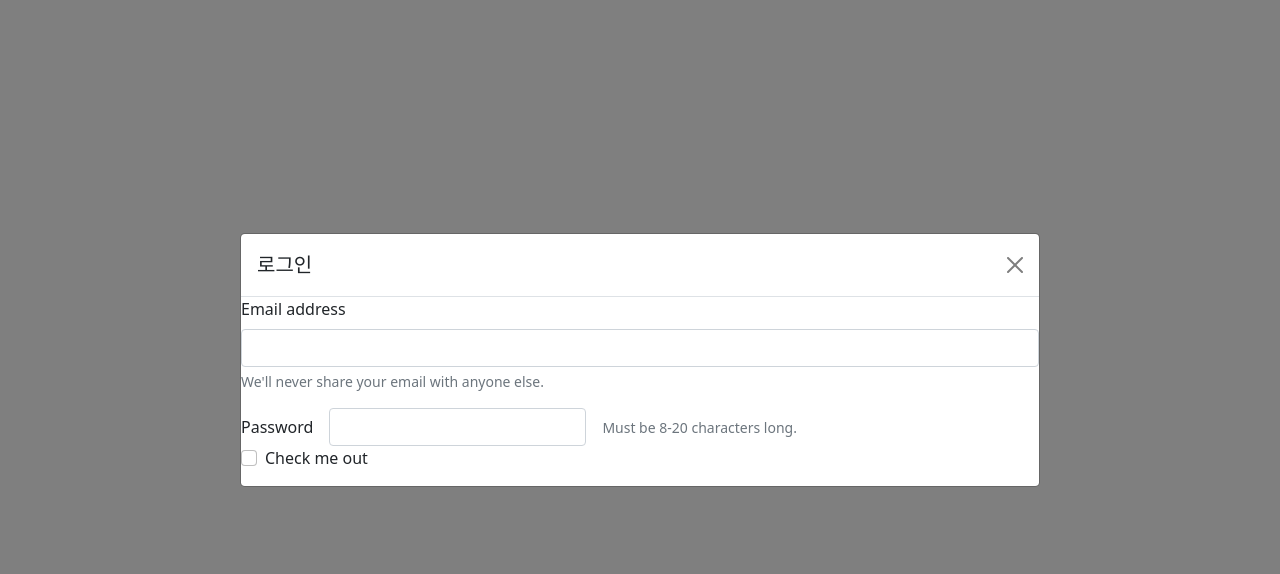
Repository: hyunha95/selfStudy
Page: http://localhost/spring-board/WEB-INF/views/member/login.jsp
An editor plug-in stored every save of this project. The page is shown before and after the next save, followed by the edit.
The browser window is 1280 px wide. The pictures show the whole page.
The page is served by Tomcat 9. Nobody is signed in. Other server files are loaded and not shown. The template is opened directly, without the code that normally fills it, so the values that code supplies are empty.

Above is the page before, as saved 2022-01-15 07:33:33.

### spring_workspace/spring-board/src/main/webapp/WEB-INF/views/member/login.jsp
<%@ page language="java" contentType="text/html; charset=UTF-8"
    pageEncoding="UTF-8"%>
<%@ taglib prefix="c" uri="http://java.sun.com/jsp/jstl/core"%>
<%@ taglib prefix="fmt" uri="http://java.sun.com/jsp/jstl/fmt"%>
<%@ taglib prefix="fn" uri="http://java.sun.com/jsp/jstl/functions"%>
<%@ taglib prefix="sec" uri="http://www.springframework.org/security/tags" %>
<%-- spring-webmvc의존 : security의 csrf토큰 생성 --%>
<%@ taglib prefix="form" uri="http://www.springframework.org/tags/form" %>
<!DOCTYPE html>
<html>
<head>
<!-- Required meta tags -->
<meta charset="utf-8">
<meta name="viewport" content="width=device-width, initial-scale=1">
<title>Insert title here</title>
<script src="https://code.jquery.com/jquery-3.6.0.js" integrity="sha256-H+K7U5CnXl1h5ywQfKtSj8PCmoN9aaq30gDh27Xc0jk=" crossorigin="anonymous"></script>
<link href="https://cdn.jsdelivr.net/npm/bootstrap@5.1.3/dist/css/bootstrap.min.css" rel="stylesheet" integrity="sha384-1BmE4kWBq78iYhFldvKuhfTAU6auU8tT94WrHftjDbrCEXSU1oBoqyl2QvZ6jIW3" crossorigin="anonymous">
<script>
$(() => {
	$(loginModal).modal('show');
});
</script>

</head>
<body>
	<!-- Modal 시작 -->
	<div class="modal fade" id="loginModal" data-bs-backdrop="static" data-bs-keyboard="false" tabindex="-1" aria-labelledby="staticBackdropLabel" aria-hidden="true">
	  <div class="modal-dialog modal-dialog-centered modal-lg">
	    <div class="modal-content">
	      <div class="modal-header">
	        <h5 class="modal-title" id="staticBackdropLabel">로그인</h5>
	        <button type="button" class="btn-close" data-bs-dismiss="modal" aria-label="Close"></button>
	      </div>
	      <form:form>
	        <!-- 아이디 -->
	        <div class="mb-3">
			    <label for="exampleInputEmail1" class="form-label">Email address</label>
			    <input type="email" class="form-control" id="exampleInputEmail1" aria-describedby="emailHelp">
			    <div id="emailHelp" class="form-text">We'll never share your email with anyone else.</div>
		    </div>
		    <!-- 비밀번호 -->
			<div class="row g-3 align-items-center">
				  <div class="col-auto">
				    <label for="inputPassword6" class="col-form-label">Password</label>
				  </div>
				  <div class="col-auto">
				    <input type="password" id="inputPassword6" class="form-control" aria-describedby="passwordHelpInline">
				  </div>
				  <div class="col-auto">
				    <span id="passwordHelpInline" class="form-text">
				      Must be 8-20 characters long.
				    </span>
				  </div>
			</div>
			<div class="mb-3 form-check">
			    <input type="checkbox" class="form-check-input" id="exampleCheck1">
			    <label class="form-check-label" for="exampleCheck1">Check me out</label>
			</div>
	      </form:form>
	    </div>
	  </div>
	</div>
	<!-- Modal 끝 -->
	<script src="https://cdn.jsdelivr.net/npm/bootstrap@5.1.3/dist/js/bootstrap.bundle.min.js" integrity="sha384-ka7Sk0Gln4gmtz2MlQnikT1wXgYsOg+OMhuP+IlRH9sENBO0LRn5q+8nbTov4+1p" crossorigin="anonymous"></script>
</body>
</html>

After the next save:
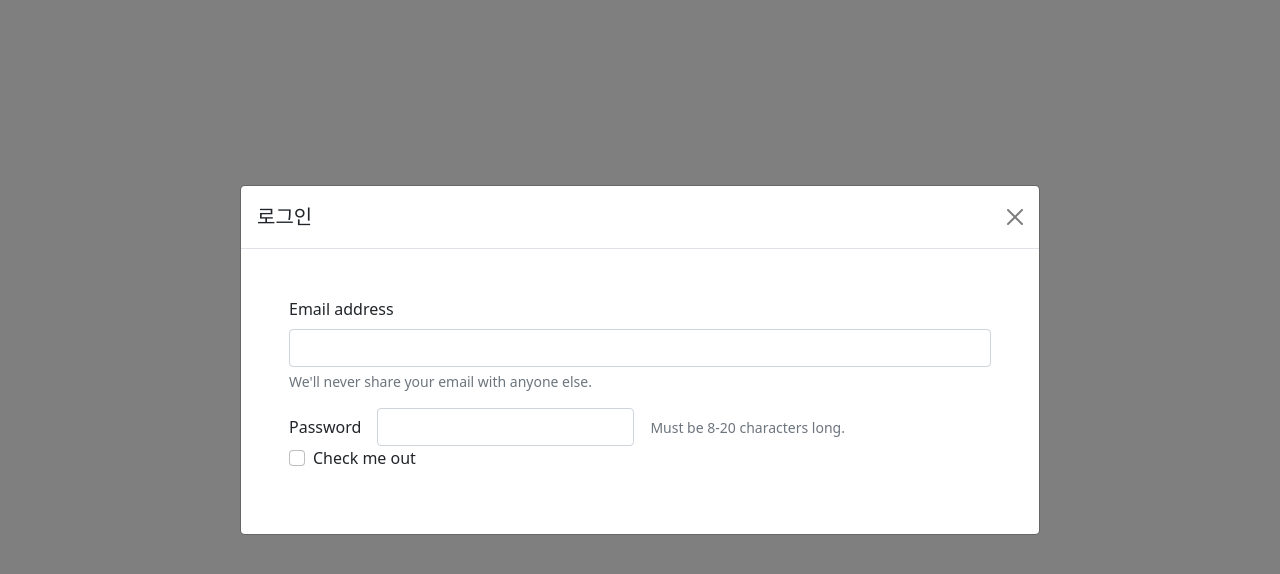
Saved 20 s later.
--- a/spring_workspace/spring-board/src/main/webapp/WEB-INF/views/member/login.jsp
+++ b/spring_workspace/spring-board/src/main/webapp/WEB-INF/views/member/login.jsp
@@ -31,7 +31,7 @@ $(() => {
 	        <h5 class="modal-title" id="staticBackdropLabel">로그인</h5>
 	        <button type="button" class="btn-close" data-bs-dismiss="modal" aria-label="Close"></button>
 	      </div>
-	      <form:form>
+	      <form:form class="m-5">
 	        <!-- 아이디 -->
 	        <div class="mb-3">
 			    <label for="exampleInputEmail1" class="form-label">Email address</label>
